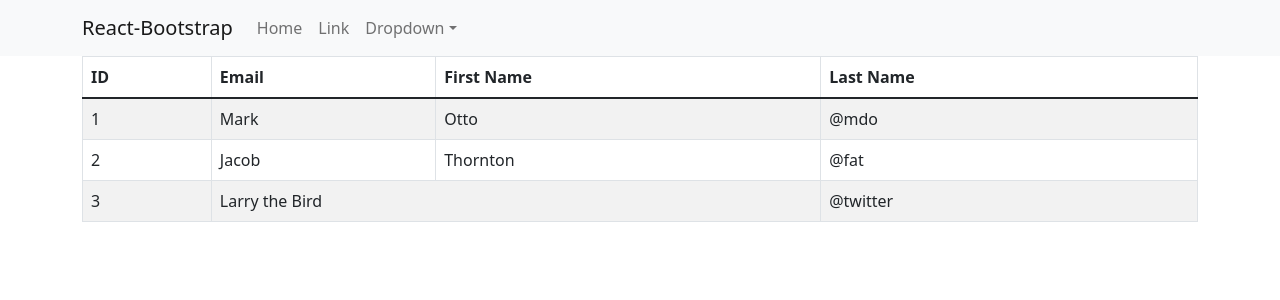
Repository: hieuche123/practice-reactjs
Page: /
An editor plug-in stored every save of this project. The page is shown before and after the next save, followed by the edit.
The browser window is 1280 px wide. The pictures show the whole page.
The page's requests for data from a server got no answer. The project was rebuilt for these pictures with package versions that can differ from the ones it lists, and the page was loaded fresh each time. No one was signed in, and anything a server would have sent is missing.

Above is the page before, as saved 2023-03-21 16:53:58.

### src/index.js
import React from 'react';
import ReactDOM from 'react-dom';
import App from './App';
import 'bootstrap/dist/css/bootstrap.min.css';

ReactDOM.render(
  <React.StrictMode>
    <App />
  </React.StrictMode>,
  document.getElementById('root')
);

// If you want to start measuring performance in your app, pass a function
// to log results (for example: reportWebVitals(console.log))
// or send to an analytics endpoint. Learn more: https://bit.ly/CRA-vitals

### src/App.js

import { Container } from 'react-bootstrap';
import './App.scss';
import Header from './components/Header';
import TableUsers from './components/TableUsers';

function App() {
  return (
    <div className="app-container">
      <Header/>
      <Container>
        <TableUsers/>
      </Container>
    </div>
  );
}

export default App;

### src/components/Header.js
import Container from 'react-bootstrap/Container';
import Nav from 'react-bootstrap/Nav';
import Navbar from 'react-bootstrap/Navbar';
import NavDropdown from 'react-bootstrap/NavDropdown';
function Header() {
    return (
        <>
            <Navbar bg="light" expand="lg">
                <Container>
                    <Navbar.Brand href="#home">React-Bootstrap</Navbar.Brand>
                    <Navbar.Toggle aria-controls="basic-navbar-nav" />
                    <Navbar.Collapse id="basic-navbar-nav">
                    <Nav className="me-auto">
                        <Nav.Link href="#home">Home</Nav.Link>
                        <Nav.Link href="#link">Link</Nav.Link>
                        <NavDropdown title="Dropdown" id="basic-nav-dropdown">
                        <NavDropdown.Item href="#action/3.1">Action</NavDropdown.Item>
                        <NavDropdown.Item href="#action/3.2">
                            Another action
                        </NavDropdown.Item>
                        <NavDropdown.Item href="#action/3.3">Something</NavDropdown.Item>
                        <NavDropdown.Divider />
                        <NavDropdown.Item href="#action/3.4">
                            Separated link
                        </NavDropdown.Item>
                        </NavDropdown>
                    </Nav>
                    </Navbar.Collapse>
                </Container>
            </Navbar>
        </>
    );
}

export default Header;

### src/components/TableUsers.js
import axios from 'axios';
import { useEffect, useState } from 'react';
import Table from 'react-bootstrap/Table';
import {fetchAllUser} from '../sevices/UserSevice'

function TableUsers(props) {
    const [listUsers, setListUsers] = useState([]);
    useEffect(()=> {
        getUsers();
    },[])

    const getUsers = async() => {
        let res = await fetchAllUser();
        if(res && res.data && res.data.data) {
            setListUsers(res.data.data)
        }
        console.log(res)
    }
    return (
        <>
            <Table striped bordered hover>
                <thead>
                    <tr>
                    <th>ID</th>
                    <th>Email</th>
                    <th>First Name</th>
                    <th>Last Name</th>
                    </tr>
                </thead>
                <tbody>
                    <tr>
                    <td>1</td>
                    <td>Mark</td>
                    <td>Otto</td>
                    <td>@mdo</td>
                    </tr>
                    <tr>
                    <td>2</td>
                    <td>Jacob</td>
                    <td>Thornton</td>
                    <td>@fat</td>
                    </tr>
                    <tr>
                    <td>3</td>
                    <td colSpan={2}>Larry the Bird</td>
                    <td>@twitter</td>
                    </tr>
                </tbody>
            </Table>


        </>
    );
}

export default TableUsers;

### src/sevices/UserSevice.js
import axios from 'axios';

const fetchAllUser = () => {
    return axios.get('https://reqres.in/api/users?page=1')
}

export {fetchAllUser};

Loaded but not shown: public/index.html (common file); src/App.scss (common file)

After the next save:
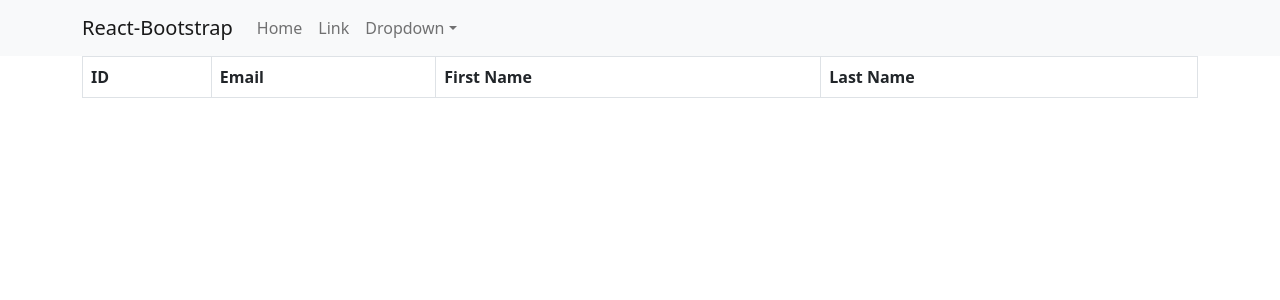
Saved 3 min 22 s later.
--- a/src/components/TableUsers.js
+++ b/src/components/TableUsers.js
@@ -28,23 +28,19 @@ function TableUsers(props) {
                     </tr>
                 </thead>
                 <tbody>
-                    <tr>
-                    <td>1</td>
-                    <td>Mark</td>
-                    <td>Otto</td>
-                    <td>@mdo</td>
-                    </tr>
-                    <tr>
-                    <td>2</td>
-                    <td>Jacob</td>
-                    <td>Thornton</td>
-                    <td>@fat</td>
-                    </tr>
-                    <tr>
-                    <td>3</td>
-                    <td colSpan={2}>Larry the Bird</td>
-                    <td>@twitter</td>
-                    </tr>
+                    {listUsers && listUsers.length > 0 &&
+                        listUsers.map((item, index) => {
+                            return (
+                                <tr>
+                                    <th>ID</th>
+                                    <th>Email</th>
+                                    <th>First Name</th>
+                                    <th>Last Name</th>
+                                </tr>
+                            )
+                        })
+
+                    }
                 </tbody>
             </Table>
 
